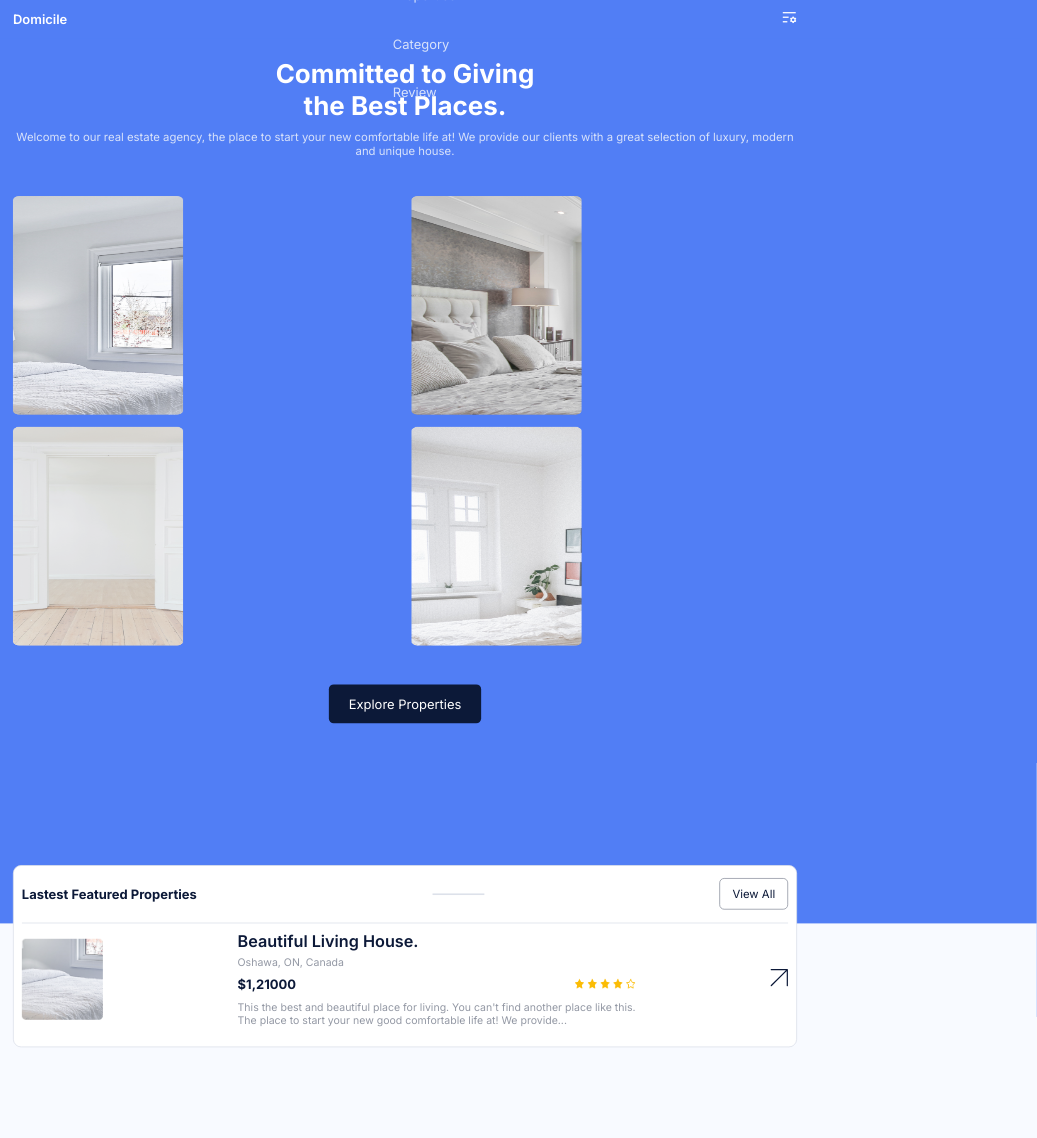
Repository: haokiet2501/domicile-real-estate
Page: index.html
These files come from the project's save history. The page is drawn as it stood at one moment and after a run of saves; the edit follows.
The browser window is 1280 px wide. The pictures show the whole page, at 81% of full size.
The style sheet was rebuilt from its Sass, Less or Tailwind sources for each picture, by a compiler version that may differ from the author's.

Above is the page before, as saved 2022-06-11 16:31:12.

After the next 2 saves:
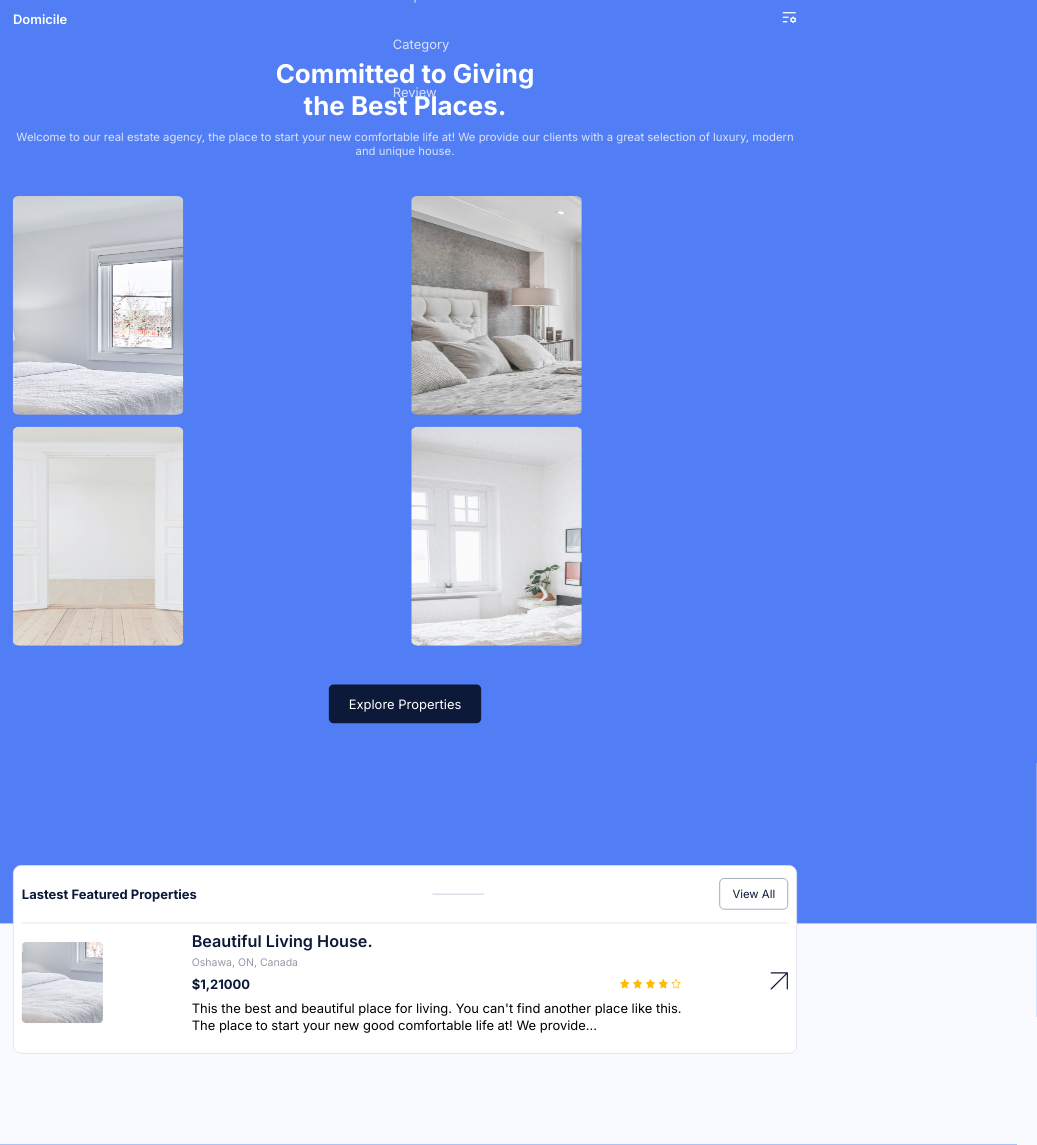
The 2 saves are shown as one change because they came seconds apart.
The last was saved 10 s later.
--- a/sass/main/_main.scss
+++ b/sass/main/_main.scss
@@ -248,6 +248,7 @@
         }
 
         &-subtext {
+            line-
             p {
                 color: var(--color-title);
                 font-size: var(--smaller-font-size);

After the 3 saves that followed:
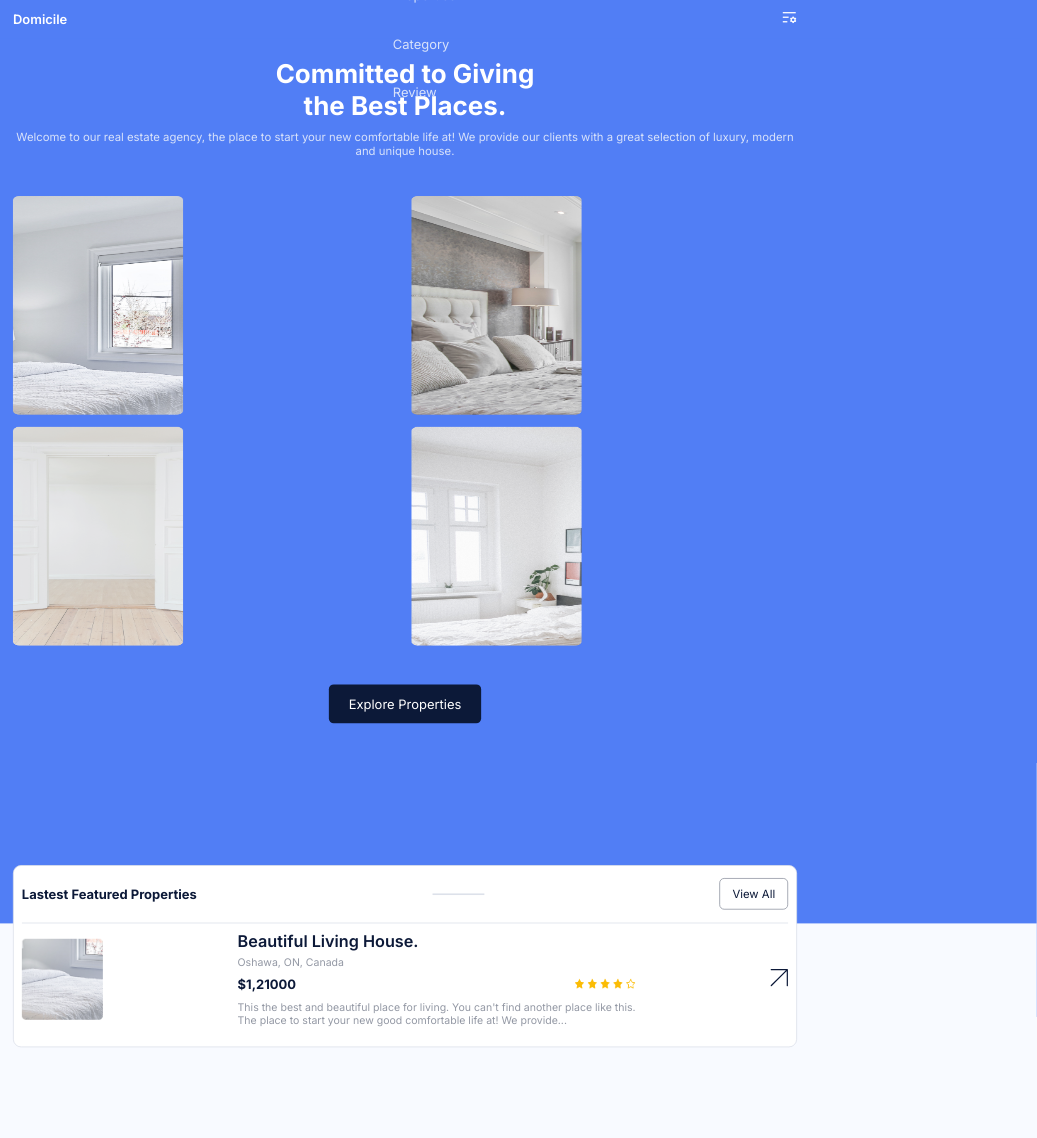
The 3 saves are shown as one change because they came seconds apart.
The last was saved 15 s later.
--- a/sass/main/_main.scss
+++ b/sass/main/_main.scss
@@ -248,7 +248,6 @@
         }
 
         &-subtext {
-            line-
             p {
                 color: var(--color-title);
                 font-size: var(--smaller-font-size);
